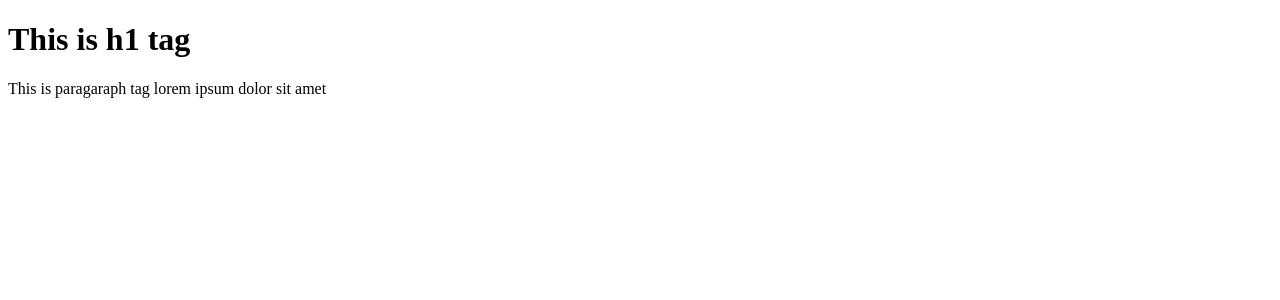
Repository: MushrrafKhan/code_by_heart
Page: index.html
An editor plug-in stored every save of this project. The page is shown before and after the next save, followed by the edit.
The browser window is 1280 px wide. The pictures show the whole page.

Above is the page before, as saved 2022-06-08 21:00:50.

After the next save:
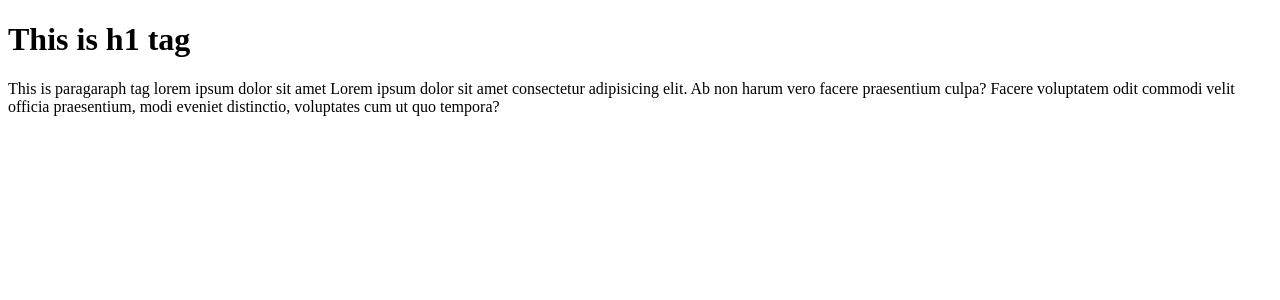
Saved 8 s later.
--- a/index.html
+++ b/index.html
@@ -9,6 +9,6 @@
 </head>
 <body>
     <h1>This is h1 tag</h1>
-    <p>This is paragaraph tag lorem ipsum dolor sit amet</p>
+    <p>This is paragaraph tag lorem ipsum dolor sit amet Lorem ipsum dolor sit amet consectetur adipisicing elit. Ab non harum vero facere praesentium culpa? Facere voluptatem odit commodi velit officia praesentium, modi eveniet distinctio, voluptates cum ut quo tempora?</p>
 </body>
 </html>
